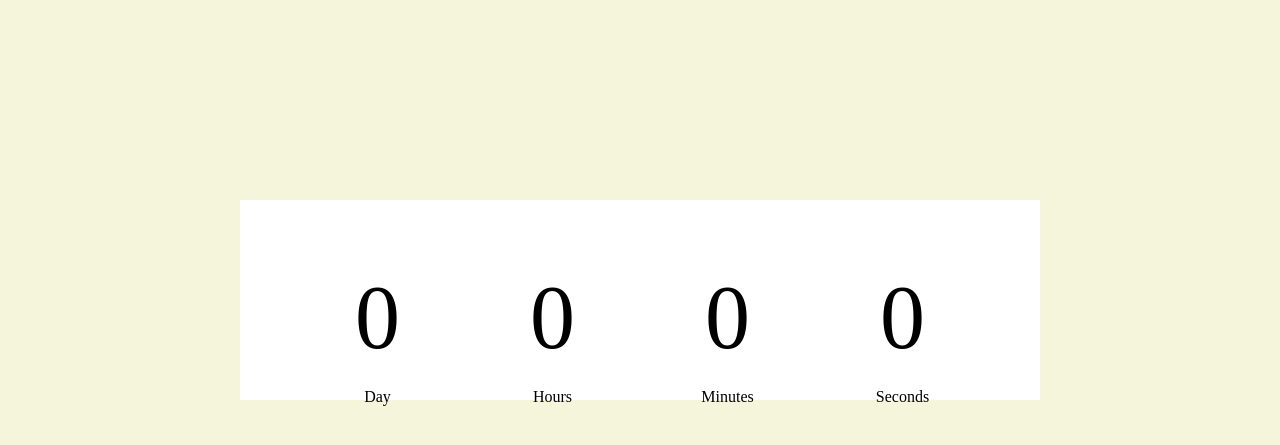
Repository: tienbkvn0605/counddown-demo
Page: index.html
The author's editor kept a copy of each file at every save. The page is drawn from the files as they stood at one save, then again after the next save.
The browser window is 1280 px wide. The pictures show the whole page.

Above is the page before, as saved 2022-10-04 23:25:04.

### index.html
<!DOCTYPE html>
<html lang="en">
  <head>
    <meta charset="UTF-8" />
    <meta http-equiv="X-UA-Compatible" content="IE=edge" />
    <meta name="viewport" content="width=device-width, initial-scale=1.0" />
    <link rel="stylesheet" href="resetcss.css" />
    <link rel="stylesheet" href="style.css" />
    <title>Document</title>
  </head>
  <body>
    <ul class="countdown">
      <li>
        <span class="number days">0</span>
        <span class="text">Day</span>
      </li>
      <li>
        <span class="number hours">0</span>
        <span class="text">Hours</span>
      </li>
      <li>
        <span class="number minutes">0</span>
        <span class="text">Minutes</span>
      </li>
      <li>
        <span class="number seconds">0</span>
        <span class="text">Seconds</span>
      </li>
    </ul>
  </body>
  <script src="app.js"></script>
</html>

### resetcss.css
*,
*::before,
*::after {
  box-sizing: border-box;
}
* {
  margin: 0;
  padding: 0;
  font: inherit;
}
body {
  line-height: 1.5;
}
img,
picture,
video,
canvas,
svg {
  display: block;
  max-width: 100%;
}
input,
button,
textarea,
select {
  outline: none;
}
p,
h1,
h2,
h3,
h4,
h5,
h6 {
  overflow-wrap: break-word;
}

### style.css
body {
  background-color: beige;
}
ul {
  list-style: none;
}
.countdown {
  width: 800px;
  height: 200px;
  margin: 200px auto;
  background-color: white;
  display: grid;
  grid-template-columns: repeat(4, 1fr);
  padding: 50px;
}
.countdown li {
  display: flex;
  align-items: center;
  flex-direction: column;
}
.number {
  font-size: 90px;
}

Loaded but not shown: app.js (no copy from this time; the picture is the same without it)

After the next save:
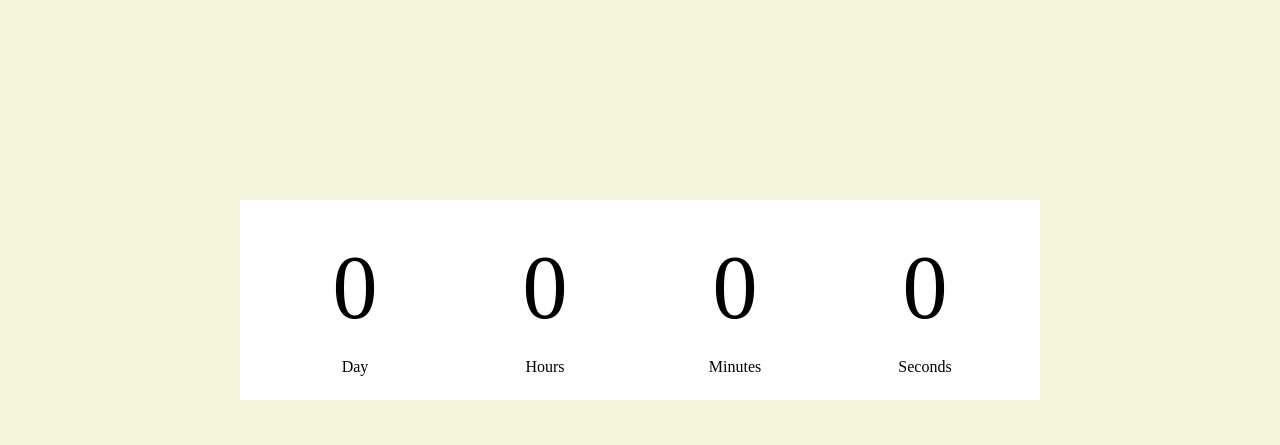
Saved 6 s later.
--- a/style.css
+++ b/style.css
@@ -11,7 +11,7 @@ ul {
   background-color: white;
   display: grid;
   grid-template-columns: repeat(4, 1fr);
-  padding: 50px;
+  padding: 20px;
 }
 .countdown li {
   display: flex;
